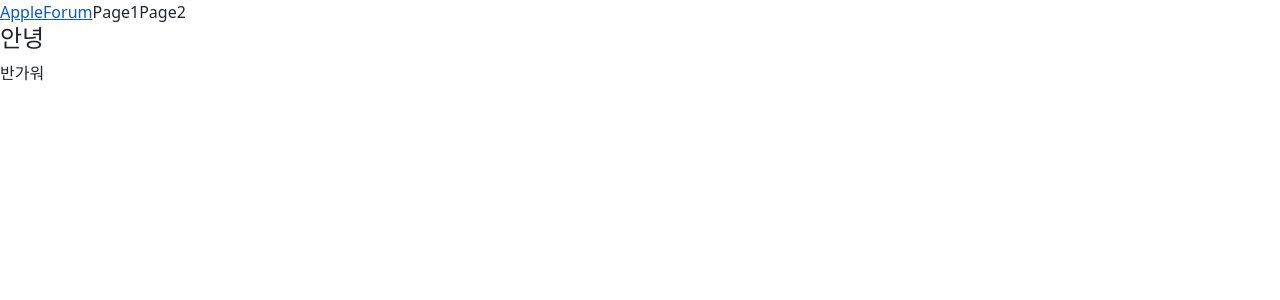
Repository: kindlsm/Node.js-first-project
Page: index.html
The author's editor kept a copy of each file at every save. The page is drawn from the files as they stood at one save, then again after a run of saves.
The browser window is 1280 px wide. The pictures show the whole page.

Above is the page before, as saved 2025-03-27 20:57:29.

### index.html
<!DOCTYPE html>
<html lang="en">
<head>
    <meta charset="UTF-8">
    <meta name="viewport" content="width=device-width, initial-scale=1.0">
    <title>Document</title>
    <link href="https://cdn.jsdelivr.net/npm/bootstrap@5.3.3/dist/css/bootstrap.min.css" rel="stylesheet" integrity="sha384-QWTKZyjpPEjISv5WaRU9OFeRpok6YctnYmDr5pNlyT2bRjXh0JMhjY6hW+ALEwIH" crossorigin="anonymous">
    <link href="/main.css" rel="stylesheet">
</head>
<body>
    <div class="nav">
        <a class="logo">AppleForum</a>
        <a>Page1</a>
        <a>Page2</a>
    </div>
    <h4>안녕</h4>
    <p>반가워</p>
    <script src="https://cdn.jsdelivr.net/npm/bootstrap@5.3.3/dist/js/bootstrap.bundle.min.js" integrity="sha384-YvpcrYf0tY3lHB60NNkmXc5s9fDVZLESaAA55NDzOxhy9GkcIdslK1eN7N6jIeHz" crossorigin="anonymous"></script>
</body>
</html>

Loaded but not shown: main.css (no stored copy; drawn as an empty file)

After the next 2 saves:
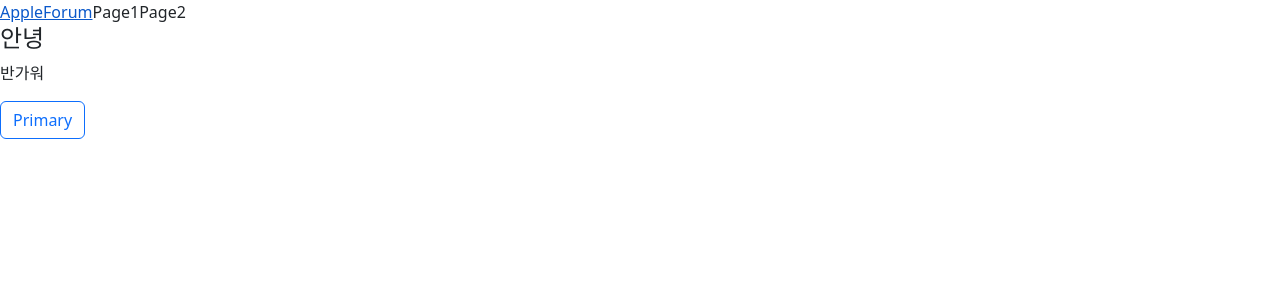
The 2 saves are shown as one change because they came seconds apart.
The last was saved 19 s later.
--- a/index.html
+++ b/index.html
@@ -15,6 +15,7 @@
     </div>
     <h4>안녕</h4>
     <p>반가워</p>
+    <button type="button" class="btn btn-outline-primary">Primary</button>
     <script src="https://cdn.jsdelivr.net/npm/bootstrap@5.3.3/dist/js/bootstrap.bundle.min.js" integrity="sha384-YvpcrYf0tY3lHB60NNkmXc5s9fDVZLESaAA55NDzOxhy9GkcIdslK1eN7N6jIeHz" crossorigin="anonymous"></script>
 </body>
 </html>
